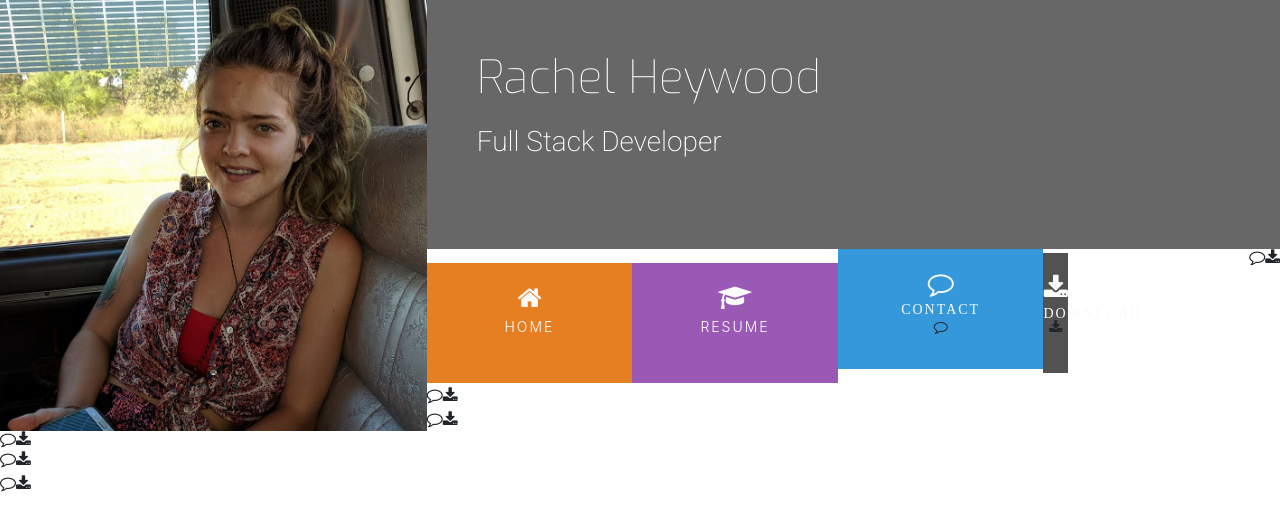
Repository: Heywood93/resume
Page: index.html
The author's editor kept a record of every edit. The page is drawn from the files as they stood at one moment, then again after the next edit.
The browser window is 1280 px wide. The pictures show the whole page.

Above is the page before.

### index.html
<!DOCTYPE html>
<html lang="en">
<head>
    <meta charset="UTF-8">
    <meta name="viewport" content="width=device-width, initial-scale=1.0">
    <meta http-equiv="X-UA-Compatible" content="ie=edge">
    <link rel="stylesheet" href="https://stackpath.bootstrapcdn.com/bootstrap/4.3.1/css/bootstrap.min.css" type="text/css" />
    <link rel="stylesheet" href="https://stackpath.bootstrapcdn.com/font-awesome/4.7.0/css/font-awesome.min.css" type="text/css" />
    <link rel="stylesheet" href="assets/css/style.css" type="text/css" />
    <title>Rachel Heywood</title>
</head>
<body>
    <header>
        <div class="row no-gutters">
            <a href="index.html" class="col-md-4 logo">

            </a>
            <div class="col-md-8">
                <div class="row no-gutters bg-color-name-title">
                    <div class="col heading">
                        <h1 class="name">Rachel Heywood</h1>
                        <h2 class="title">Full Stack Developer</h2>
                    </div>
                </div>
                <div class="row no-gutters">
                    <div class="col">
                        <ul id="nav" class="list-inline menucontainer">
                            <li class="col-6 col-sm-3 ui-menu-color-home list-inline-item menuitem">
                                <a href="#"><i class="fa fa-home" aria-hidden="true"></i><span>Home</span></a>
                            </li>
                            <li class="col-6 col-sm-3 ui-menu-color-resume list-inline-item menuitem">
                                <a href="#"><i class="fa fa-graduation-cap" aria-hidden="true"></i><span>Resume</span></a>
                            </li>
                            <li class="col-6 col-sm-3 ui-menu-color-contact list-inline-item menuitem">
                                <a href="#"><i class="fa fa-comment-o" aria-hidden="true"></span><span>Contact</span></a>
                            </li>
                            <li class="col-6 col-sm-3 ui-menu-color-download list-inline-item menuitem">
                                <a href="#"><i class="fa fa-download" aria-hidden="true"></span><span>Download</span></a>
                            </li>
                        </ul>
                    </div>
                </div>
            </div>
        </div>

    </header>
    <section>

    </section>
    <footer>

    </footer>
</body>
</html>

### assets/css/style.css
@import url('https://fonts.googleapis.com/css?family=Roboto:100,200,300,400,500,600,700|Exo:100,200,300,400,500,600,700');

/*----------Colors */

.bg-color-name-title {
    background-color: #676767;
}

.ui-menu-color-home {
    background-color: #e67e22
}

.ui-menu-color-resume {
    background-color: #9b59b6
}

.ui-menu-color-contact {
    background-color: #3498db
}

.ui-menu-color-download {
    background-color: #525252
}

/*----------Heading */

header {
    margin: 0;
}

.heading {
    margin-left : 50px;
}

.logo {
    background: url(../images/profile-picture.jpg);
    background-position: center;
    background-repeat: no-repeat;
    background-size: cover;
    min-height: 360px;
    transition: all .5s ease-in-out;
    -moz-transition: all .5s ease-in-out;
    -webkit-transition: all .5s ease-in-out;
}

.name {
    font-family: "Exo", sans-serif;
    font-weight: 100;
    font-size: 46px;
    margin-top: 50px;
    color: #fff;
}

.title {
    font-family: "Roboto", sans-serif;
    font-weight: 200;
    font-size: 28px;
    margin-top: 20px;
    margin-bottom: 90px;
    color: #fff;
}

.list-inline-item:not(:last-child) {
    margin: 0;
}

.menucontainer {
    font-size: 0;
}

#nav {
    margin: 0;
}

#nav li {
    font-size: 14px;
    padding: 0;
}

.menuitem {
    height: 120px;
    text-align: center;
    padding: 0;
}

.menuitem a {
    width: 100%;
    text-decoration: none;
    color: #fff;
    height: 120px;
}

.menuitem a i {
    padding-top: 22px;
    display: block;
    color: #fafafa;
    font-size: 26px;
}

.menuitem span {
    display: block;
    width: 100%;
    padding-top: 5px;
    text-align: center;
    text-transform: uppercase;
    font-size: 14px;
    font-weight: 300;
    letter-spacing: 2px;
}

/*----------Hover.css */

.hvr-sweep-to-bottom:before {
    background: rgba(0, 0, 0, 0.2);
    height: 120px;
}

After the next edit:
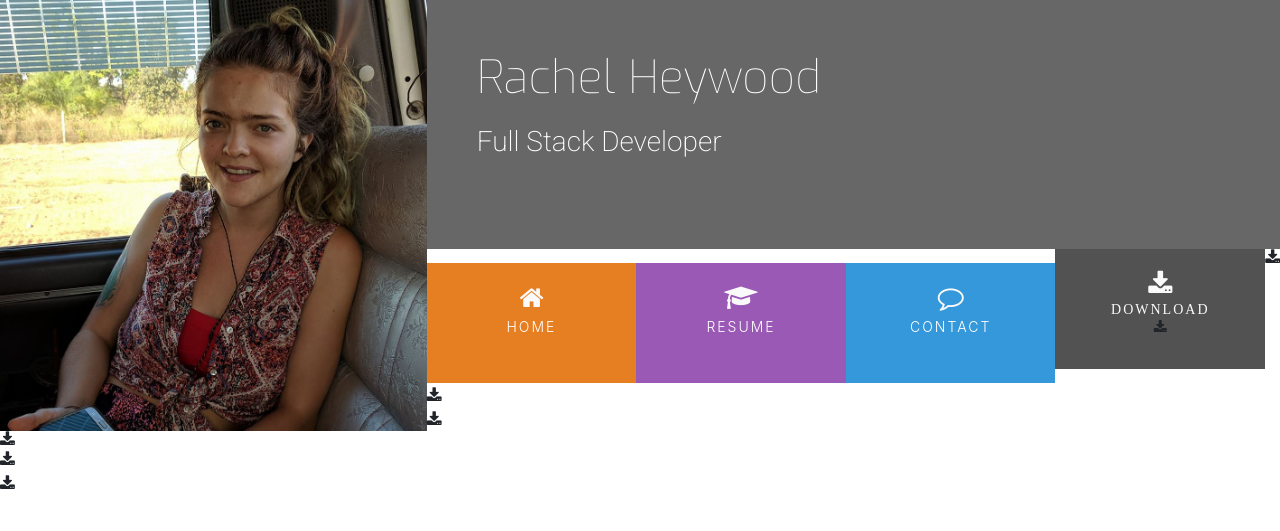
The edit:
--- a/index.html
+++ b/index.html
@@ -32,7 +32,7 @@
                                 <a href="#"><i class="fa fa-graduation-cap" aria-hidden="true"></i><span>Resume</span></a>
                             </li>
                             <li class="col-6 col-sm-3 ui-menu-color-contact list-inline-item menuitem">
-                                <a href="#"><i class="fa fa-comment-o" aria-hidden="true"></span><span>Contact</span></a>
+                                <a href="#"><i class="fa fa-comment-o" aria-hidden="true"></i><span>Contact</span></a>
                             </li>
                             <li class="col-6 col-sm-3 ui-menu-color-download list-inline-item menuitem">
                                 <a href="#"><i class="fa fa-download" aria-hidden="true"></span><span>Download</span></a>
